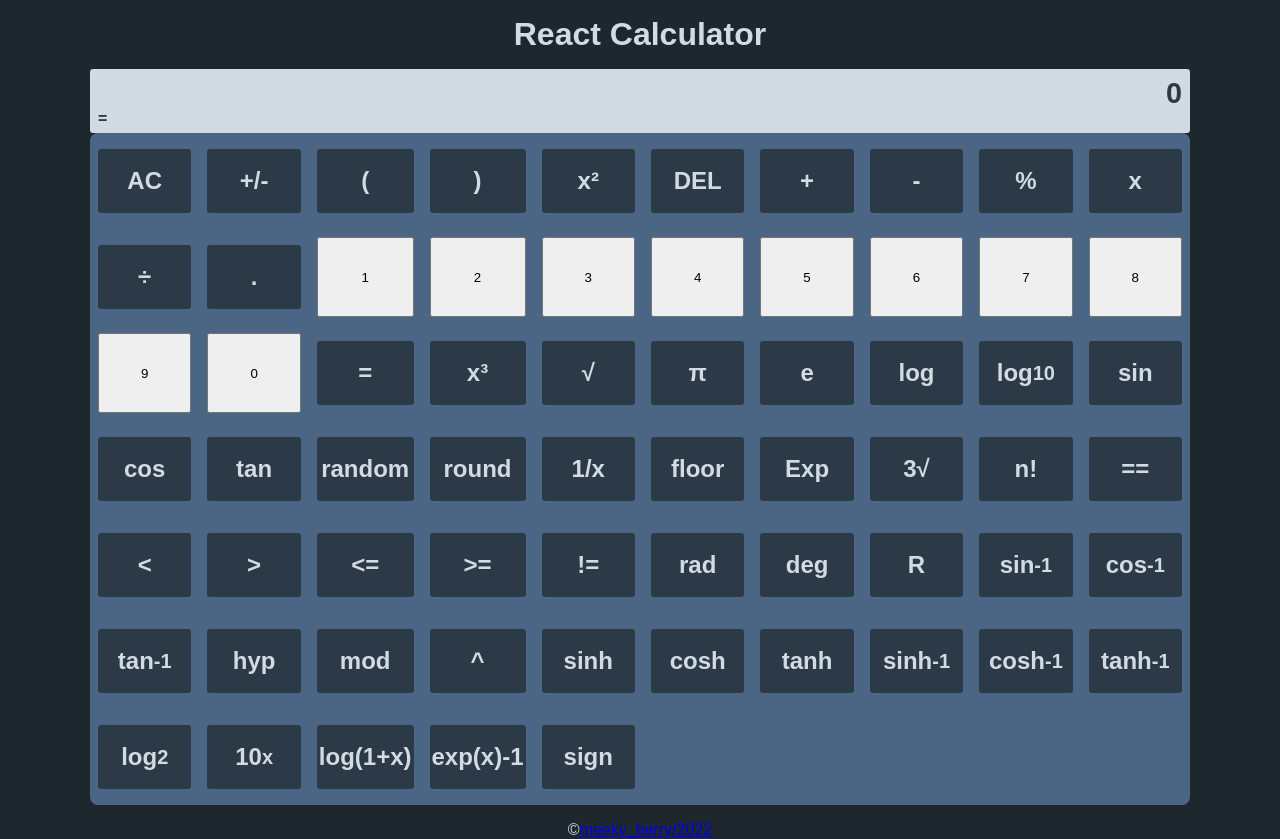
Repository: MikkyPrestige/calculator
Page: /
These files come from the project's save history. The page is drawn as it stood at one moment and after the next save; the edit follows.
The browser window is 1280 px wide. The pictures show the whole page.
The project was rebuilt for these pictures with package versions that can differ from the ones it lists, and the page was loaded fresh each time.

Above is the page before, as saved 2022-11-17 21:55:21.

After the next save:
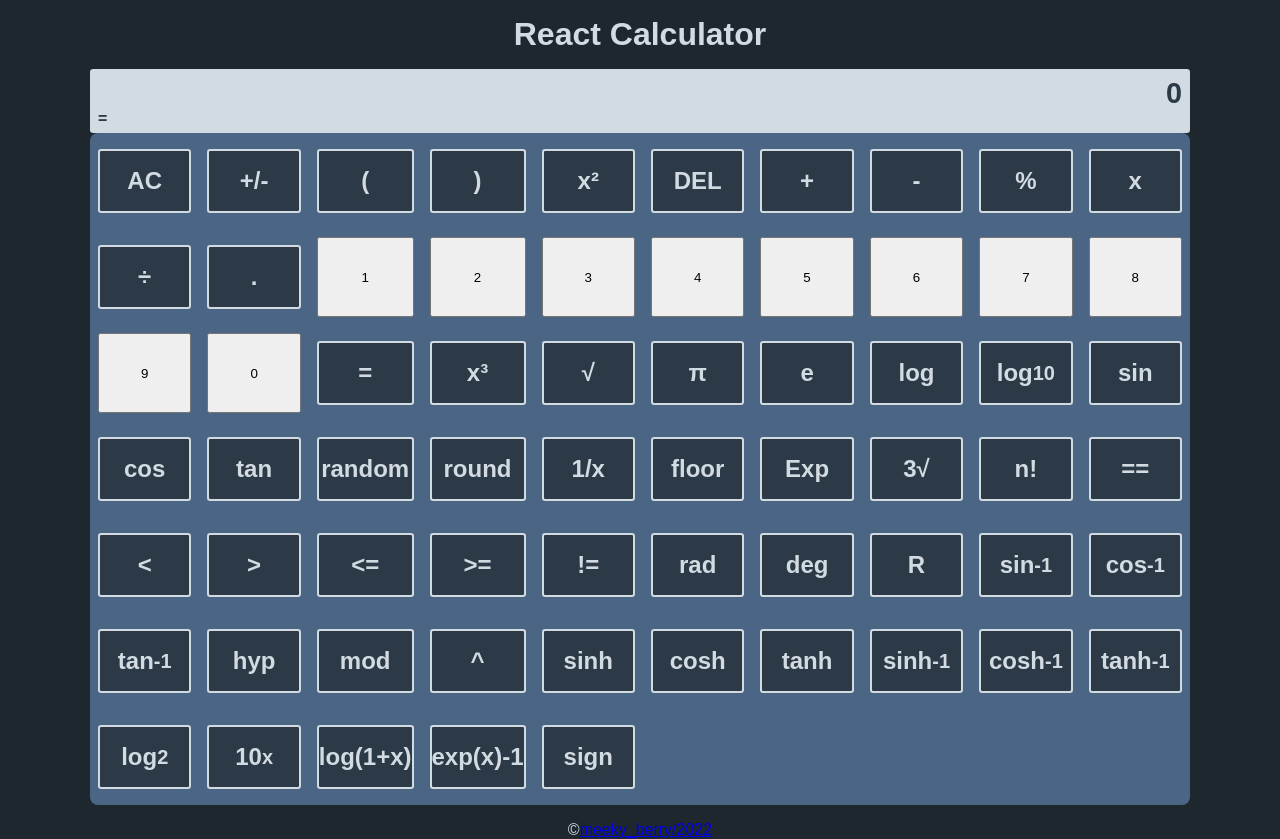
Saved 18 s later.
--- a/src/index.css
+++ b/src/index.css
@@ -70,7 +70,7 @@ body {
  justify-content: center;
  align-items: center;
  border-radius: .2rem;
- border: 2px solid #2C3A47;
+ border: 2px solid #d2dae2;
  margin: .5rem 0;
 }
 /*
